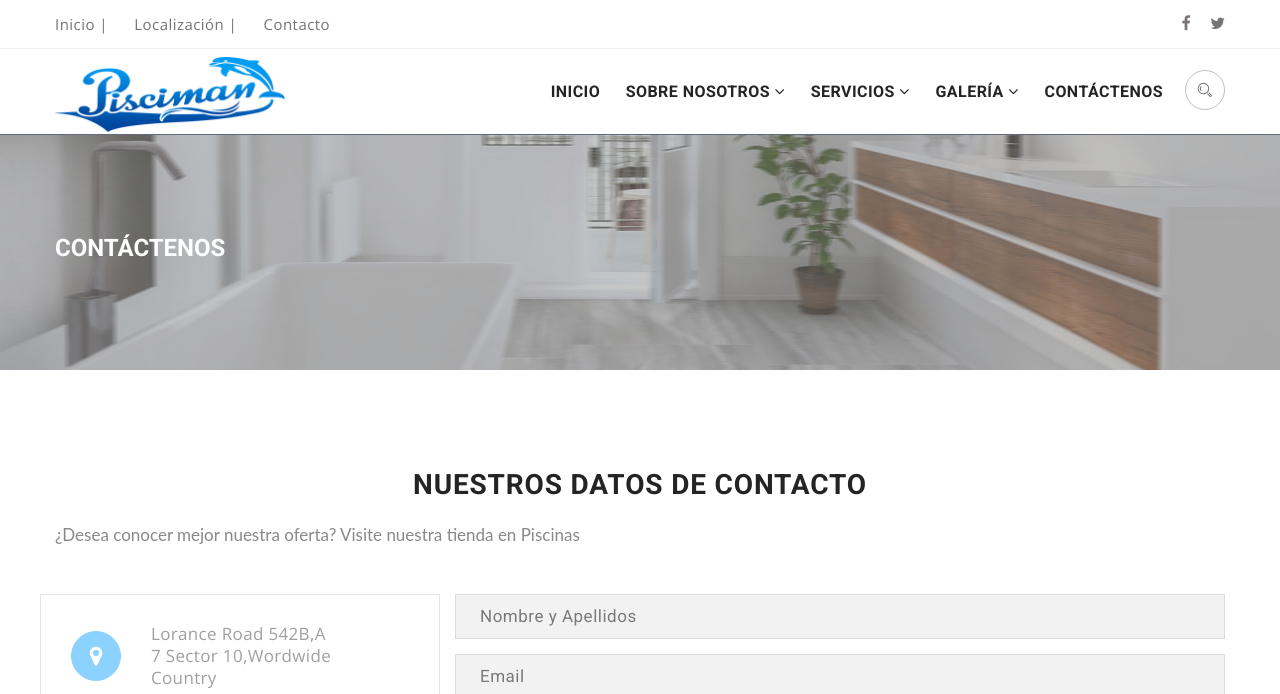
Repository: ghiovani666/piscinaMan
Page: http://localhost/localizacion.php
An editor plug-in stored every save of this project. The page is shown before and after the next save, followed by the edit.
The browser window is 1280 px wide. The pictures show the part of the page from y = 0 to 694 px (the page is 2188 px tall before and 1728 px after).
Pictures or frames that could not be fetched are drawn as grey boxes. Some web libraries are served in a nearby version. The page is run by PHP 8.4 with error messages shown; the project is at /var/www/html/.

Above is the page before, as saved 2022-02-19 16:13:59.

After the next save:
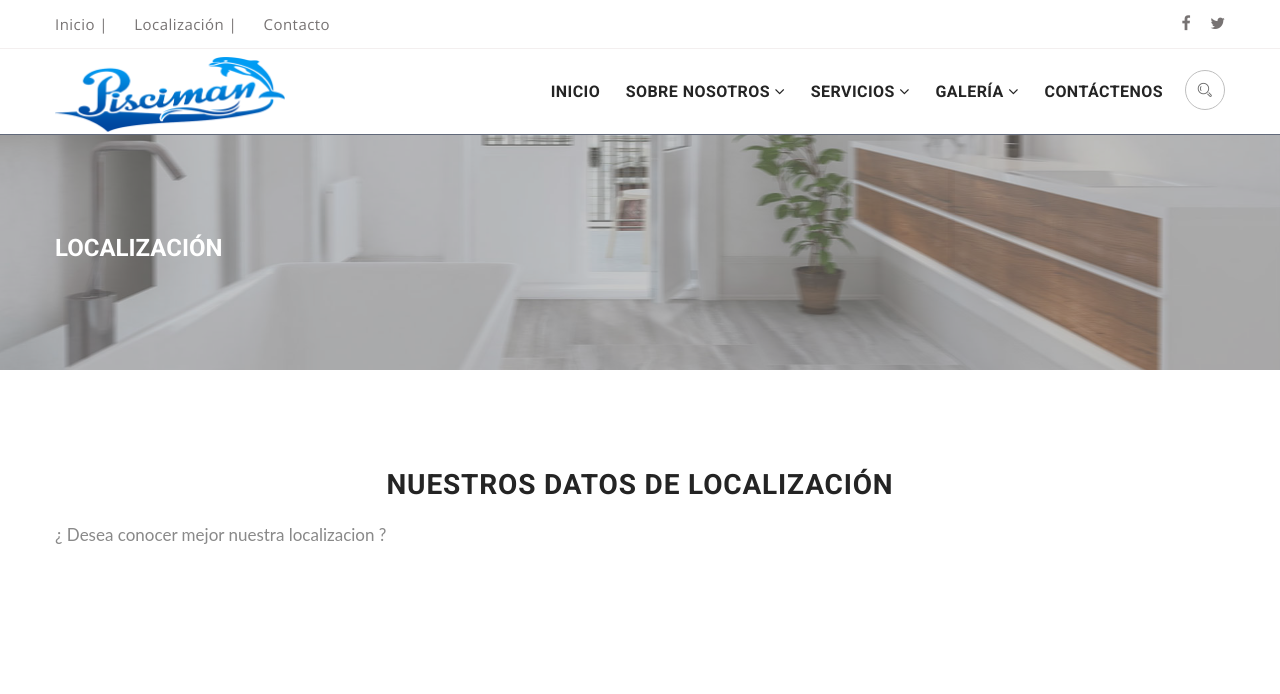
Saved 105 s later.
--- a/localizacion.php
+++ b/localizacion.php
@@ -52,7 +52,7 @@
     <section class="banner_area_plane">
         <div class="container">
             <div class="banner_content">
-                <h3>Contáctenos</h3>
+                <h3>Localización</h3>
             </div>
         </div>
     </section>
@@ -64,80 +64,10 @@
         <div class="container">
             <div class="contact_us_inner">
                 <div class="section_title">
-                    <h2>Nuestros datos de contacto</h2>
-                    <p>¿Desea conocer mejor nuestra oferta? Visite nuestra tienda en Piscinas</p>
+                    <h2>Nuestros datos de Localización</h2>
+                    <p>¿ Desea conocer mejor nuestra localizacion ?</p>
                 </div>
-                <div class="row">
-                    <div class="col-md-4">
-                        <div class="contact_us_details">
-                            <div class="row">
 
-                                <div class="c_details_item">
-                                    <div class="media">
-                                        <div class="media-left">
-                                            <i class="fa fa-map-marker"></i>
-                                        </div>
-                                        <div class="media-body">
-                                            <p> Lorance Road 542B,A 7 Sector 10,Wordwide Country</p>
-                                        </div>
-                                    </div>
-
-                                </div>
-
-                                <div class="c_details_item">
-                                    <div class="media">
-                                        <div class="media-left">
-                                            <i class="fa fa-envelope-o"></i>
-                                        </div>
-                                        <div class="media-body">
-                                            <a href="#"><span class="__cf_email__">soporte@gmail.com</span></a>
-
-                                        </div>
-                                    </div>
-                                </div>
-
-
-                                <div class="c_details_item">
-                                    <div class="media">
-                                        <div class="media-left">
-                                            <i class="fa fa-phone"></i>
-                                        </div>
-                                        <div class="media-body">
-                                            <a href="#">91 120 4255611</a>
-                                        </div>
-                                    </div>
-                                </div>
-
-                            </div>
-                        </div>
-                    </div>
-                    <div class="col-md-8">
-                        <div class="row">
-                            <form class="contact_us_form"
-                                action="https://codifystudioz.com/cs-theme/plumbor/Demo_2/inc/sendemail.php">
-                                <div class="form-group col-md-12">
-                                    <input type="text" class="form-control" id="name" name="name" placeholder="Nombre y Apellidos">
-                                </div>
-                                <div class="form-group col-md-12">
-                                    <input type="email" class="form-control" id="email" name="email"
-                                        placeholder="Email">
-                                </div>
-                                <div class="form-group col-md-12">
-                                    <input type="text" class="form-control" id="subject" name="subject"
-                                        placeholder="Asunto">
-                                </div>
-                                <div class="form-group col-md-12">
-                                    <textarea class="form-control" name="message" id="message" rows="1"
-                                        placeholder="Mensaje"></textarea>
-                                </div>
-                                <div class="form-group col-md-12">
-                                    <button type="submit" value="submit" class="theme_btn btn-lg">Enviar Ahora</button>
-                                </div>
-                            </form>
-                        </div>
-                    </div>
-
-                </div>
             </div>
 
         </div>
